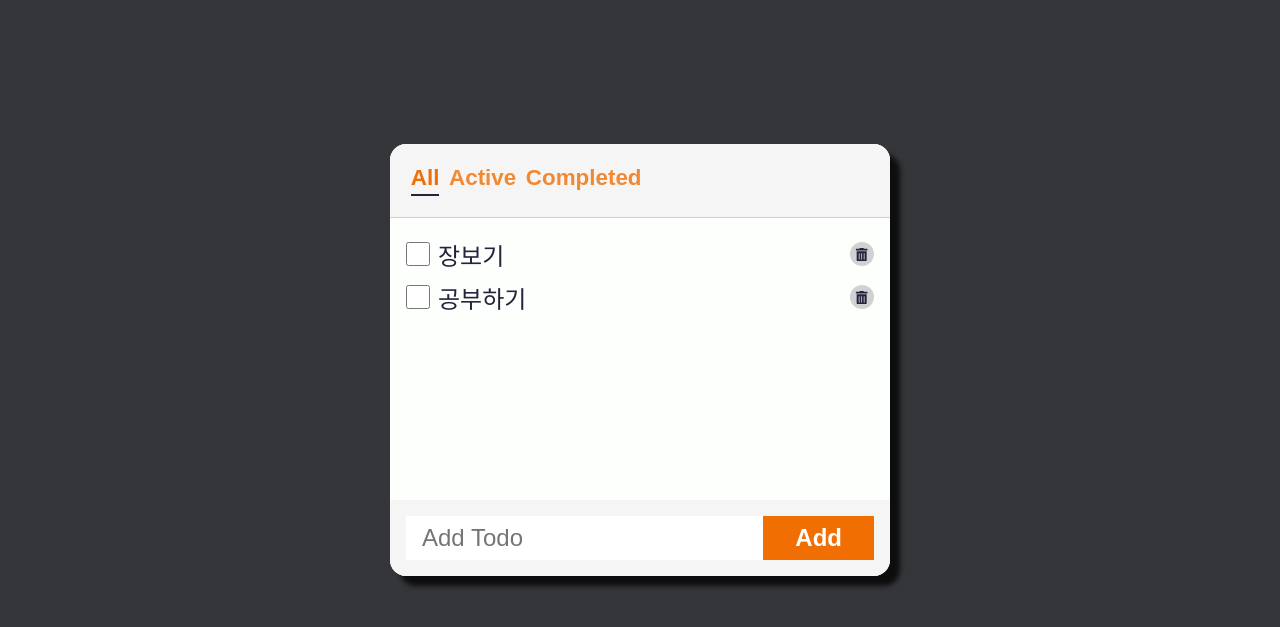
Repository: MrJinkyu/TodoList
Page: /
These files come from the project's save history. The page is drawn as it stood at one moment and after the next save; the edit follows.
The browser window is 1280 px wide. The pictures show the whole page.
The project was rebuilt for these pictures with package versions that can differ from the ones it lists, and the page was loaded fresh each time.

Above is the page before, as saved 2023-05-01 14:58:45.

### src/index.css
:root{
  --color-body: #35363A;
  --color-bg-dark:#f5f5f5;
  --color-bg: #fdfffd;
  --color-grey: #d1d1d1;
  --color-text: #22243b;
  --color-accent: #f16e03;
  --color-white: white;
  --color-scrollbar: #aaa7a7;
}

*{
  box-sizing: border-box;
  padding: 0;
  margin: 0;
}

button{
  border: none;
  outline: none;
  cursor: pointer;
  background-color: transparent;
}

ul,li{
  list-style: none;
}

body {
  margin: 0;
  font-family: -apple-system, BlinkMacSystemFont, 'Segoe UI', 'Roboto', 'Oxygen',
    'Ubuntu', 'Cantarell', 'Fira Sans', 'Droid Sans', 'Helvetica Neue',
    sans-serif;
  -webkit-font-smoothing: antialiased;
  -moz-osx-font-smoothing: grayscale;
  width: 100vw;
  height: 100vh;
  display: flex;
  justify-content: center;
  align-items: center;
  background-color: var(--color-body);
  font-size: 1.2rem;
  accent-color: var(--color-accent);
}

#root{
  overflow: hidden;
  display: flex;
  flex-direction: column;
  width: 100%;
  height: 60%;
  max-width: 500px;
  background-color: var(--color-bg);
  border-radius: 1rem;
  box-shadow: 10px 10px 5px 0px rgba(0,0,0,0.75);
-webkit-box-shadow: 10px 10px 5px 0px rgba(0,0,0,0.75);
-moz-box-shadow: 10px 10px 5px 0px rgba(0,0,0,0.75);
}

code {
  font-family: source-code-pro, Menlo, Monaco, Consolas, 'Courier New',
    monospace;
}

### src/App.js
import { useState } from "react";
import TodoList from "./components/TodoList";
import Header from "./components/Header";

const filters = ['all', 'active', 'completed'];
function App() {
  const [filter, setFilter] = useState(filters[0]);
  return (
    <>
      <Header filters={filters} filter={filter} onFilterChange={setFilter}/>
      <TodoList filter={filter}/>
    </>
  );
}

export default App;

### src/components/TodoList.jsx
import React, { useState } from 'react';
import {v4 as uuidv4} from 'uuid';
import AddTodo from './AddTodo';
import Todo from './Todo';
import styles from './TodoList.module.css';

export default function TodoList({filter}) {
    const [todos, setTodos] = useState([
        { id: uuidv4(), text: '장보기', status: 'active' },
        { id: uuidv4(), text: '공부하기', status: 'active' }
    ]);
    const handleAdd = (todo) => {
        setTodos([...todos, todo]);
    }
    const handleUpdate = (updated) => {
        setTodos(todos.map((todo) => todo.id === updated.id ? updated : todo));
    }
    const handleDelete = (deleted) => {
        setTodos(todos.filter((todo) => todo.id !== deleted.id));
    }
    const filtered = getFilteredItems(todos, filter);
    return (
        <section className={styles.container}>
            <ul className={styles.list}>
                {filtered.map((item) => (
                    <Todo
                        key={item.id}
                        todo={item}
                        onUpdate={handleUpdate}
                        onDelete={handleDelete}
                    />
                ))}
            </ul>
            <AddTodo onAdd={handleAdd}/>
        </section>
    );
}

function getFilteredItems(todos, filter){
    if(filter === 'all'){
        return todos;
    }
    return todos.filter((todo) => todo.status === filter);
}

### src/components/Header.jsx
import React from 'react';
import styles from './Header.module.css';

export default function Header({filters, filter, onFilterChange}) {
    return (
        <header className={styles.header}>
            <ul className={styles.filters}>
                {filters.map((value,index) => (
                    <li key={index}>
                        <button
                            onClick={() => onFilterChange(value)}
                            className={`${styles.filter} ${filter === value && styles.selected}`}
                        >
                            {value}
                        </button>
                    </li>
                ))}
            </ul>
        </header>
    );
}

### src/components/AddTodo.jsx
import React, { useState } from 'react';
import {v4 as uuidv4} from 'uuid';
import styles from './AddTodo.module.css';

export default function AddTodo({onAdd}) {
    const [text, setText] = useState('');
    const handleChange = (e) => {
        setText(e.target.value);
    }
    const handleSubmit = (e) => {
        e.preventDefault();
        if(text.trim().length === 0){
            return ;
        }
        onAdd({ id: uuidv4(), text, status: 'active' });
        setText('');
    }
    return (
        <form className={styles.form} onSubmit={handleSubmit}>
            <input
                className={styles.input}
                type="text"
                value={text}
                onChange={handleChange}
                placeholder='Add Todo'
            />
            <button className={styles.button}>Add</button>
        </form>
    );
}

### src/components/Todo.jsx
import React from 'react';
import { FaTrashAlt } from 'react-icons/fa';
import styles from './Todo.module.css';

export default function Todo({todo, onUpdate, onDelete}) {
    const { id, text, status } = todo;
    const handleChange = (e) => {
        const status = e.target.checked ? 'completed' : 'active';
        onUpdate({...todo, status});
    }
    return (
        <li className={styles.todo}>
            <input
                className={styles.checkbox}
                type="checkbox"
                name="checkbox"
                id={id}
                checked={status === 'completed'}
                onChange={handleChange}
            />
            <label className={styles.text} htmlFor={id}>{text}</label>
            <span className={styles.icon}>
                <button className={styles.button} onClick={() => onDelete(todo)}>
                    <FaTrashAlt/>
                </button>
            </span>
        </li>
    );
}

### src/components/TodoList.module.css
.container{
    height: 100%;
    display: flex;
    flex-direction: column;
}

.list{
    flex: 1 1 auto;
    padding: 0.7rem 1rem;
}

### src/components/Header.module.css
.header{
    background-color: var(--color-bg-dark);
    display: flex;
    justify-content: space-between;
    align-items: center;
    padding: 1rem;
    border-bottom: 1px solid var(--color-grey);
}

.filters{
    display: flex;
}

.filter{
    margin: 0.3rem;
    font-size: 1.4rem;
    color: var(--color-accent);
    font-weight: bold;
    opacity: 0.8;
    text-transform: capitalize;
}

.filter:hover,
.filter.selected{
    opacity: 1;
}

.filter.selected::after{
    content: '';
    display: block;
    margin-top: 0.2rem;
    border: 1px solid var(--color-text);
}

### src/components/AddTodo.module.css
.form{
    width: 100%;
    display: flex;
    padding: 1rem 1rem;
    background-color: var(--color-bg-dark);
}

.input{
    font-size: 1.5rem;
    border: none;
    outline: none;
    padding: 0.5rem 1rem;
    flex: 1 0 auto;
}

.button{
    padding: 0 2rem;
    font-size: 1.5rem;
    font-weight: bold;
    background-color: var(--color-accent);
    color: var(--color-white);
}

### src/components/Todo.module.css
.todo{
    display: flex;
    justify-content: space-between;
    align-items: center;
    margin-top: 0.5rem;
}

.checkbox{
    width: 1.5rem;
    height: 1.5rem;
}

.text{
    flex: 1 1 0%;
    margin-left: 0.5rem;
    font-size: 1.5rem;
    color: var(--color-text);
}

.icon{
    width: 1.5rem;
    height: 1.5rem;
    border-radius: 50%;
    background-color: var(--color-grey);
    text-align: center;
    transition: all 150ms ease-out;
}

.icon:hover{
    transform: rotate(15deg) scale(1.2);
    background-color: var(--color-accent);
}

.button{
    color: var(--color-text);
}

Loaded but not shown: public/index.html (common file); src/index.js (common file); src/reportWebVitals.js (common file)

After the next save:
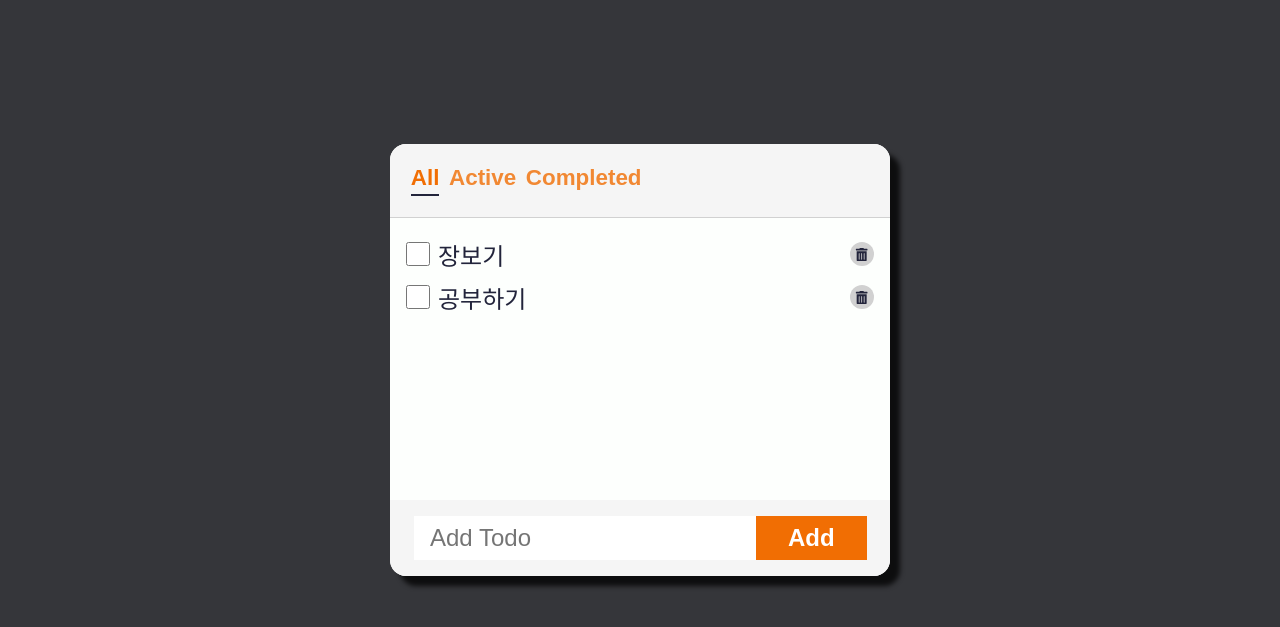
Saved 5 s later.
--- a/src/components/AddTodo.module.css
+++ b/src/components/AddTodo.module.css
@@ -1,7 +1,7 @@
 .form{
     width: 100%;
     display: flex;
-    padding: 1rem 1rem;
+    padding: 1rem 1.5rem;
     background-color: var(--color-bg-dark);
 }
 
